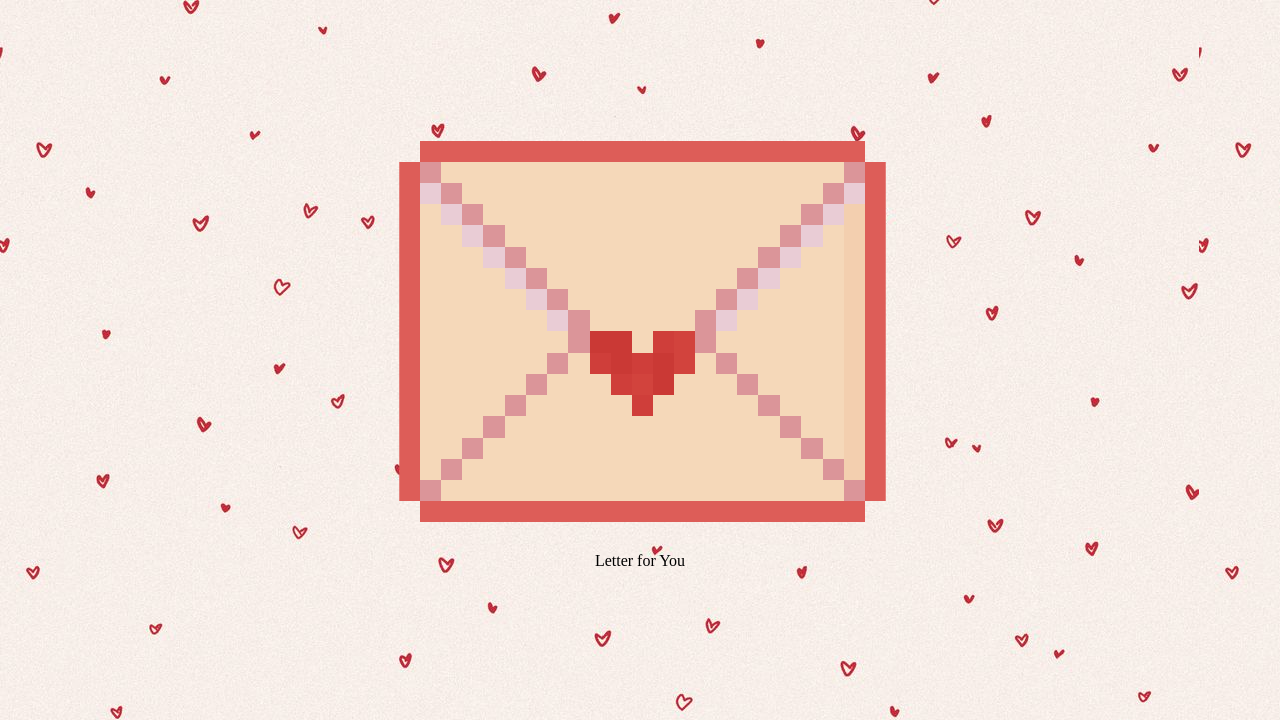
Repository: boofoo-png/valentines
Page: index.html
The author's editor kept a copy of each file at every save. The page is drawn from the files as they stood at one save, then again after a run of saves.
The browser window is 1280 px wide. The pictures show the whole page.

Above is the page before, as saved 2026-02-01 22:05:32.

### index.html
<!doctype html>
<html lang="en">
    <head>
        <meta charset="UTF-8" />
        <link rel="stylesheet" href="styles.css" />
        <meta name="viewport" content="width=device-width, initial-scale=1.0" />
        <title>Valentine Letter</title>
    </head>
    <body>
        <!-- envelope screen-->
        <div id="envelope-container">
            <img src="envelope.png" alt="Envelope" id="envelope-image" />
            <p>Letter for You</p>
        </div>

        <!-- letter screen-->
        <div id="letter-container">
            <div class="letter-window">
                <h1 id="letter-title">Will You Be My Valentine?</h1>

                <img src="cat_heart.gif" alt="Cat" class="letter-cat" />

                <div class="buttons" id="letter-buttons">
                    <img src="yes.png" class="btn yes-btn" alt="yes" />
                    <div class="no-wrapper">
                        <img src="no.png" class="btn no-btn" alt="no" />
                    </div>
                </div>
                <p id="final-text" class="final-text" style="display: none">
                    <strong>Valentine Date: February 14th</strong> Jay Nok at
                    7pm
                </p>
            </div>
        </div>
        <script src="script.js"></script>
    </body>
</html>

### styles.css
body {
    margin: 0;
    height: 100vh;
    display: flex;
    justify-content: center;
    align-items: center;
    background-image: url("heart-bg.jpg");
}

/*Envelope Screen*/

#envelope-container {
    text-align: center;
    cursor: pointer;
}

@keyframes pulse {
    0% {
        transform: scale(1);
    }
    50% {
        transform: scale(1.1);
    }
    100% {
        transform: scale(1);
    }
}

#envelope{
    width: 200px;
    animation: pulse 1.5s infinite;
    cursor: pointer;
}

#letter-container {
    display: none;
    position: fixed;
    inset: 0;
    justify-content: center;
    align-items: center;
}

.letter-window {
    width: 90vw;
    max-width: 800px;
    aspect-ratio: 3/2;
    padding: 20px 20px 0 20px;
    display:flex;
    flex-direction:column;
    justify-content: center;
    text-align: center;
    background-image: url("window.png");
    background-size: contain;
    background-repeat: no-repeat;
    background-position: center;
    border-radius: 12px;
    gap: 1px;
    padding-top: 180px;

    transform: scale(1.2);
    opacity: 0;
    transition: transform 0.6s ease, opacity 0.6s ease;
}

.letter-window.open{
    transform: scale(1);
    opacity: 1;
}
h1{
    font-size: 30px;
    margin:0;
}
p{
    font-size:
}

Loaded but not shown: script.js (no copy from this time; the picture is the same without it)

After the next 2 saves:
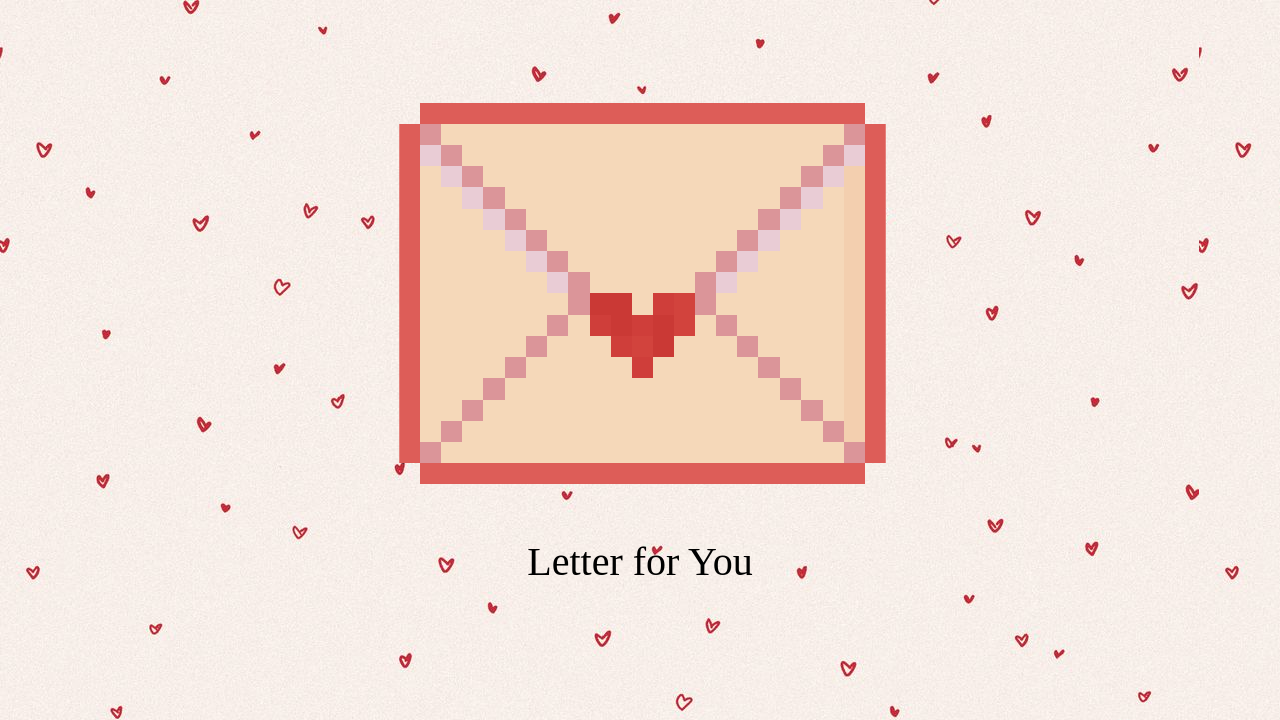
The 2 saves are shown as one change because they came seconds apart.
The last was saved 7 s later.
--- a/styles.css
+++ b/styles.css
@@ -26,7 +26,7 @@ body {
     }
 }
 
-#envelope{
+#envelope {
     width: 200px;
     animation: pulse 1.5s infinite;
     cursor: pointer;
@@ -45,8 +45,8 @@ body {
     max-width: 800px;
     aspect-ratio: 3/2;
     padding: 20px 20px 0 20px;
-    display:flex;
-    flex-direction:column;
+    display: flex;
+    flex-direction: column;
     justify-content: center;
     text-align: center;
     background-image: url("window.png");
@@ -59,17 +59,19 @@ body {
 
     transform: scale(1.2);
     opacity: 0;
-    transition: transform 0.6s ease, opacity 0.6s ease;
+    transition:
+        transform 0.6s ease,
+        opacity 0.6s ease;
 }
 
-.letter-window.open{
+.letter-window.open {
     transform: scale(1);
     opacity: 1;
 }
-h1{
+h1 {
     font-size: 30px;
-    margin:0;
+    margin: 0;
 }
-p{
-    font-size:
+p {
+    font-size: 40px;
 }
